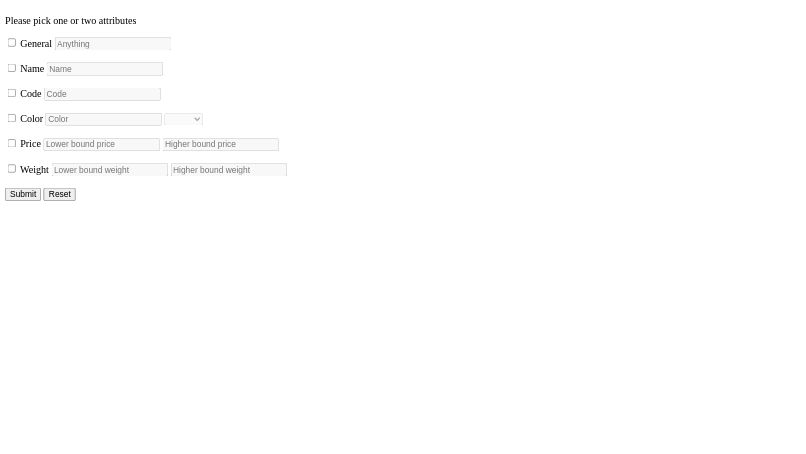
Repository: ISIT207-4-A/A1_C3_1
Page: home.html
The author's editor kept a copy of each file at every save. The page is drawn from the files as they stood at one save, then again after the next save.
The browser window is 1280 px wide. The pictures show the whole page, at 63% of full size.
After loading, the first visible `button[onclick="reset()"]` was clicked once.

Above is the page before, as saved 2020-09-02 20:35:31.

After the next save:
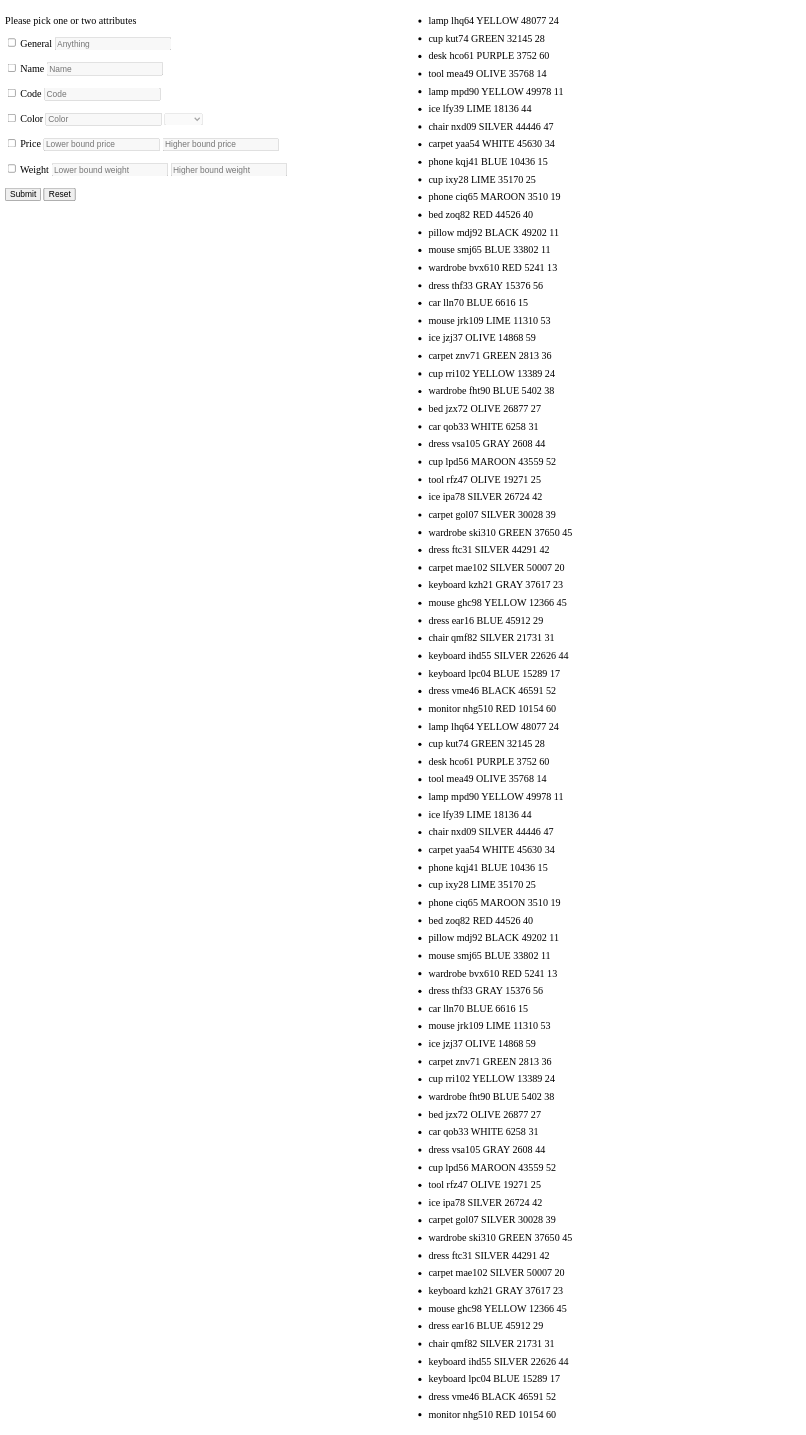
Saved 10 s later.
--- a/script.js
+++ b/script.js
@@ -118,7 +118,14 @@ function reset() {
 			ele.value = "";
 		}
 	}
-	resetList();
+
+	var ul = document.getElementById("result");
+	for (item of itemList) {
+		let li = document.createElement("li");
+		let itemValue = item.fullInfo;
+		li.appendChild(document.createTextNode(itemValue));
+		ul.appendChild(li);
+	}
 }
 
 function resetList() {
